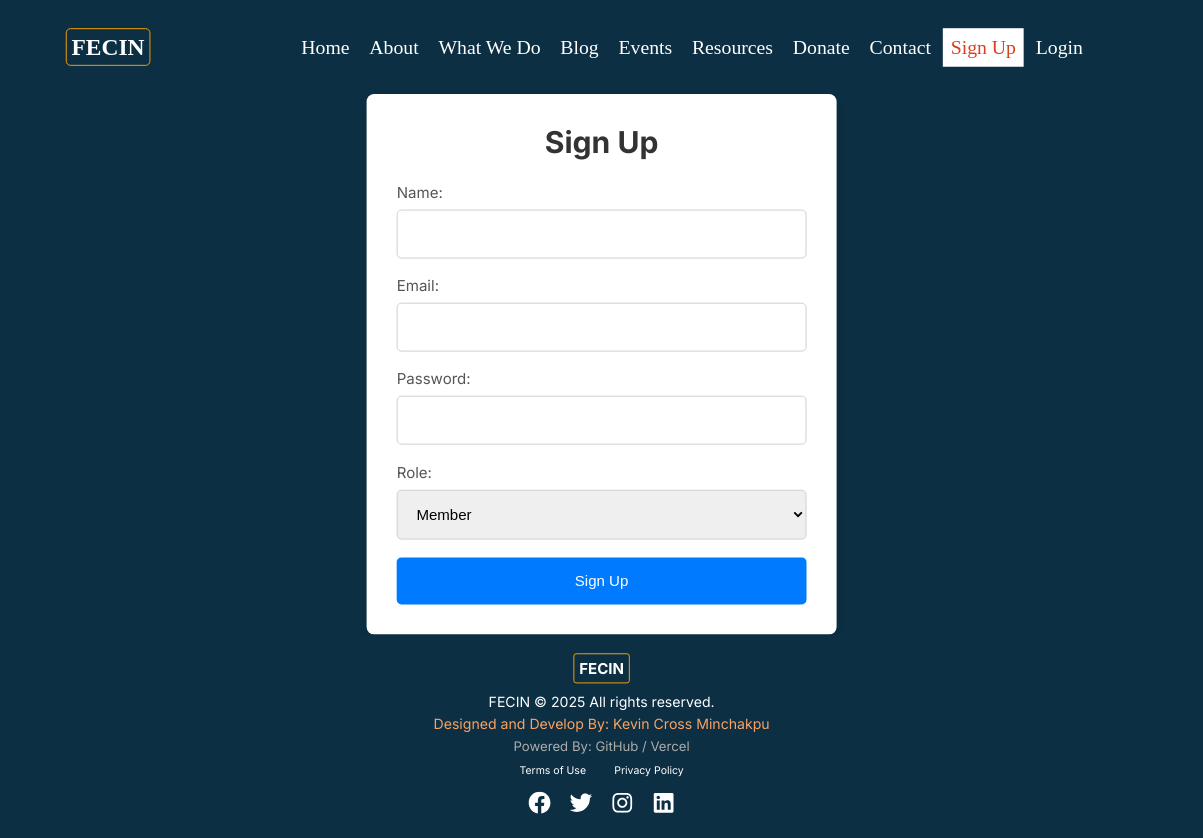
Repository: KCMinchakpu/fecin-projectgs497
Page: /signup
An editor plug-in stored every save of this project. The page is shown before and after the next save, followed by the edit.
The browser window is 1280 px wide. The pictures show the whole page, at 94% of full size.
The page's requests for data from a server got no answer. The project was rebuilt for these pictures with package versions that can differ from the ones it lists, and the page was loaded fresh each time. The framework's server and built-in components were replaced by stand-ins that run in the browser. No one was signed in, and anything a server would have sent is missing. Also part of the build but not shown: next.config.mjs.

Above is the page before, as saved 2025-04-12 17:47:25.

After the next save:
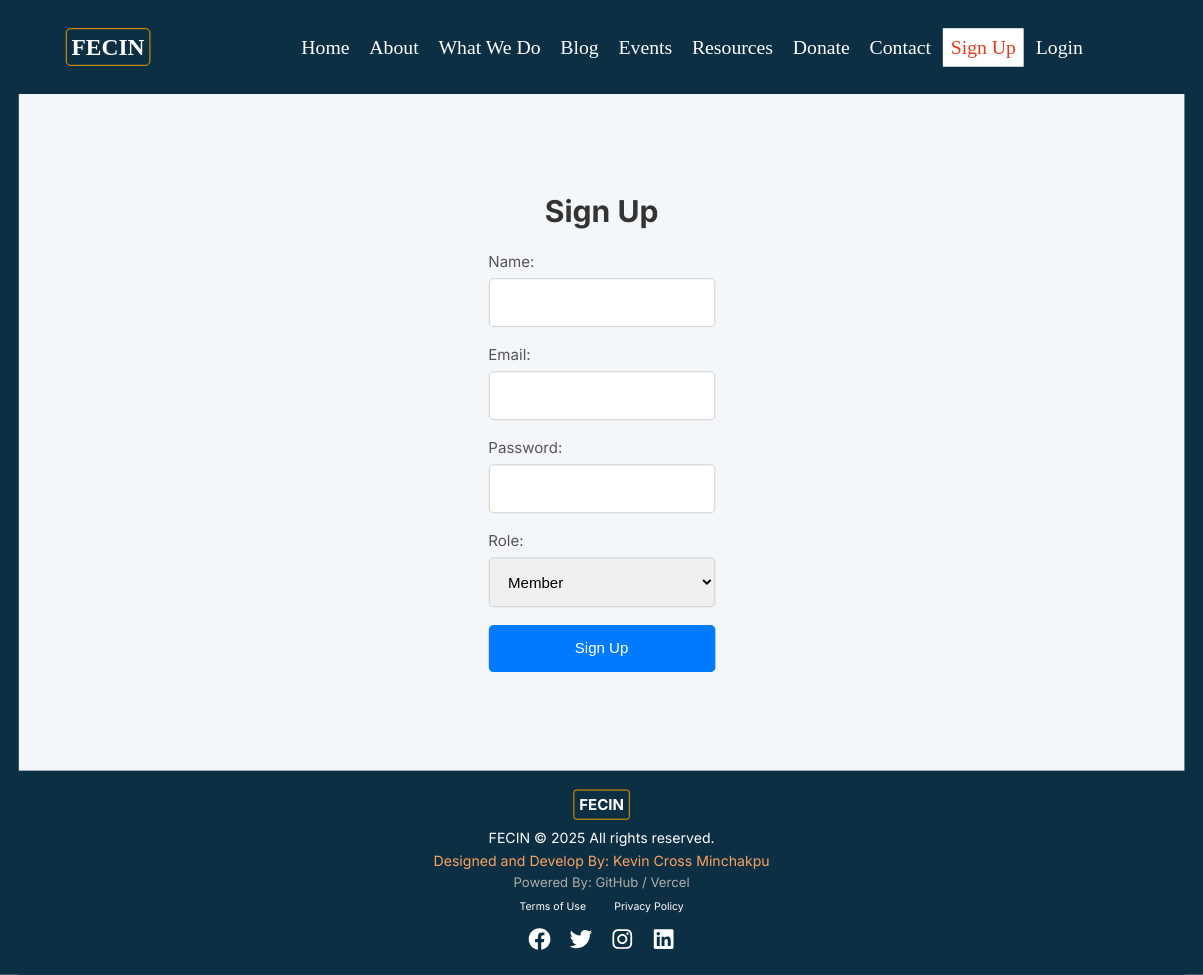
Saved 69 s later.
--- a/src/app/signup/signup.module.css
+++ b/src/app/signup/signup.module.css
@@ -1,11 +1,11 @@
 .signupContainer {
     width: 100%;
-    max-width: 500px;
-    margin: 0 auto;
-    padding: 2rem;
-    background-color: #fff;
-    box-shadow: 0 4px 10px rgba(0, 0, 0, 0.1);
-    border-radius: 8px;
+    height: 100vh; /* Ensure it covers the full viewport height */
+    display: flex;
+    flex-direction: column;
+    justify-content: center;
+    align-items: center;
+    background-color: #f4f7fa; /* Light background color */
   }
 
   .heading {
